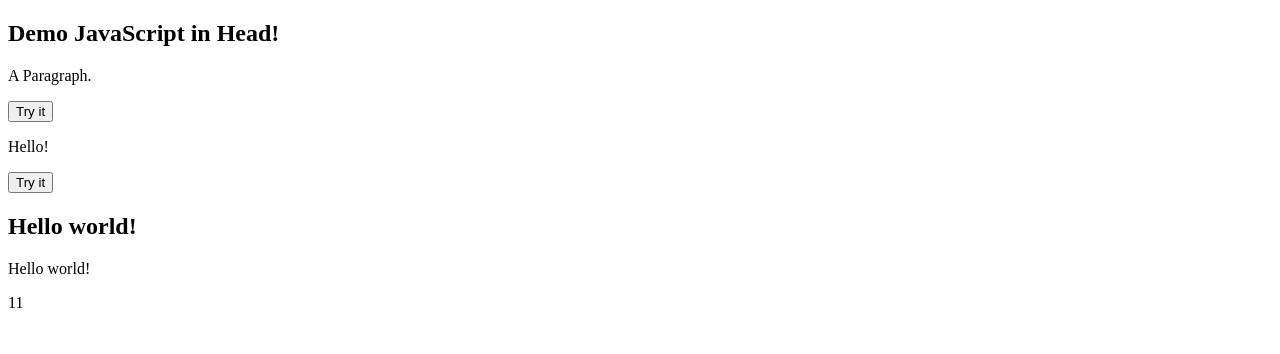
Repository: gautamsonam011/JS-Course
Page: paragraphchanged.html
An editor plug-in stored every save of this project. The page is shown before and after the next save, followed by the edit.
The browser window is 1280 px wide. The pictures show the whole page.

Above is the page before, as saved 2025-05-09 14:04:32.
Console error: TypeError: Cannot set properties of null (setting 'innerHTML')

After the next save:
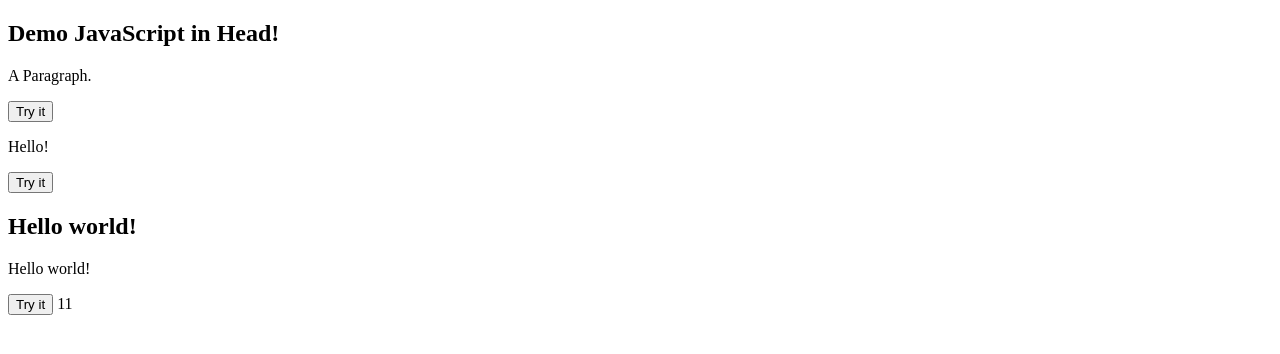
Saved 77 s later.
--- a/paragraphchanged.html
+++ b/paragraphchanged.html
@@ -28,10 +28,12 @@
 
     <p id="tag"></p>
     <p id="tag1"></p>
+    <button type="button" onclick="document.write(5+8)">Try it</button>
     <script>
         document.getElementById("tag").innerHTML = "<h2>Hello world!</h2>"
         document.getElementById("tag1").innerText = "Hello world!"
         document.write(5+6);
+
     </script>
 </body>
 </html>
